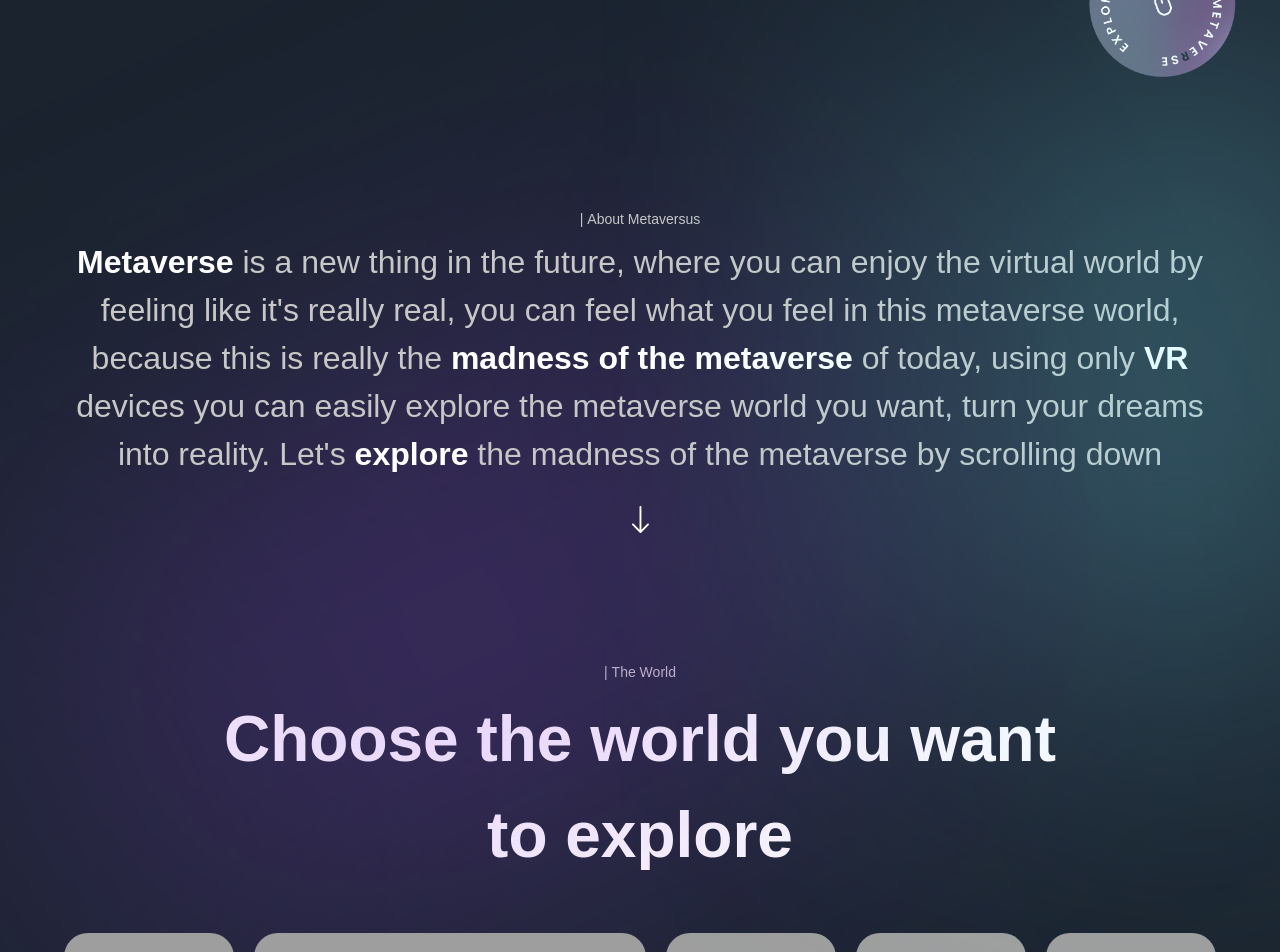
Repository: Shanuga123/metaversus
Page: /
These files come from the project's save history. The page is drawn as it stood at one moment and after the next save; the edit follows.
The browser window is 1280 px wide. The pictures show the part of the page from y = 959 to 1911 px (the page is 7254 px tall before and 7446 px after).
Pictures or frames that could not be fetched are drawn as grey boxes. Some web fonts or font styles are not loaded; a fallback is used. The project was rebuilt for these pictures with package versions that can differ from the ones it lists, and the page was loaded fresh each time. The framework's server and built-in components were replaced by stand-ins that run in the browser. Also part of the build but not shown: next.config.js.

Above is the page before, as saved 2024-08-05 21:32:17.

After the next save:
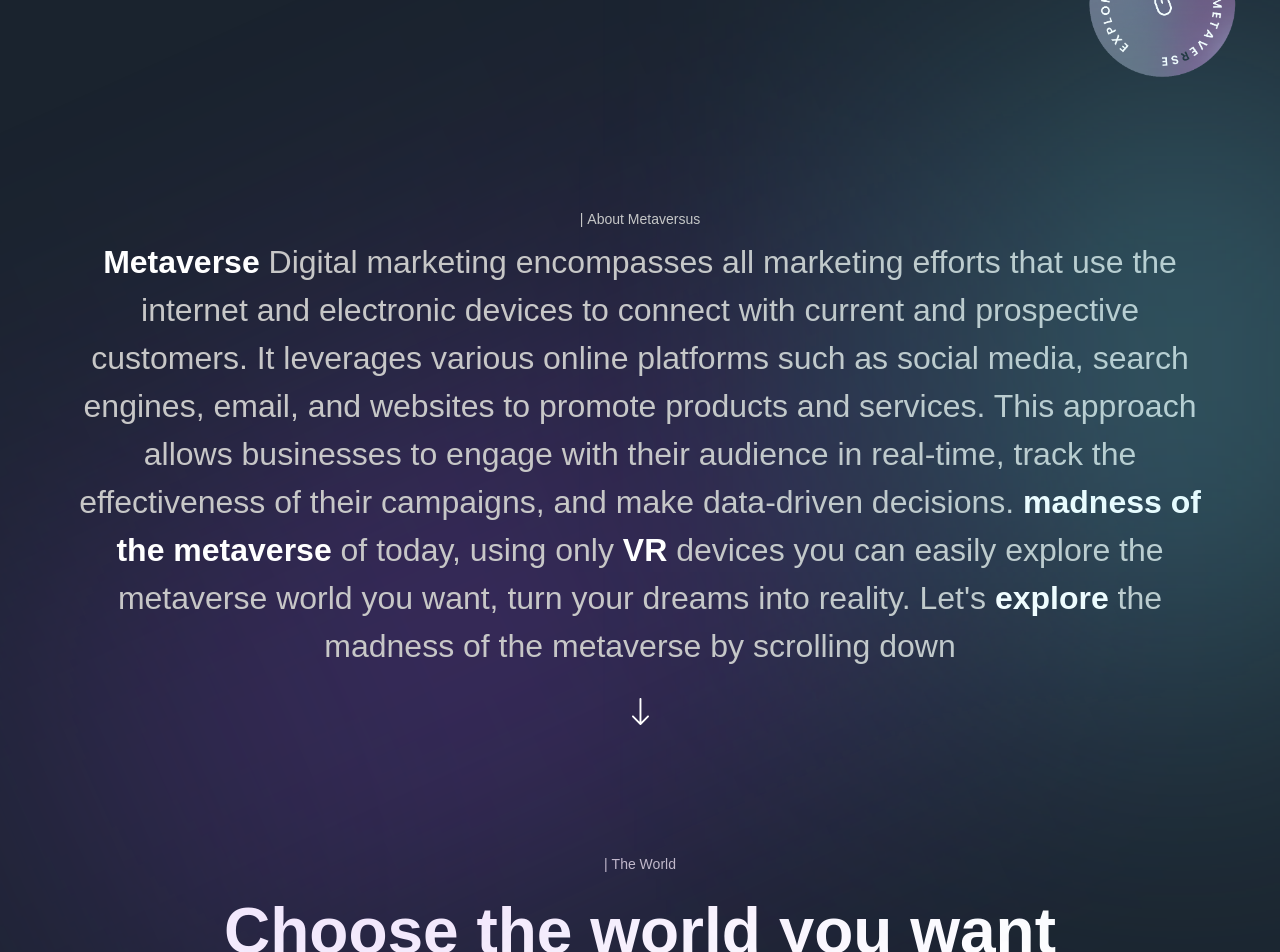
Saved 2 min 59 s later.
--- a/sections/About.jsx
+++ b/sections/About.jsx
@@ -22,10 +22,7 @@ const About = () => (
         variants={fadeIn('up', 'tween', 0.2, 1)}
         className="mt-[8px] font-normal sm:text-[32px] text-[20px] text-center text-secondary-white"
       >
-        <span className="font-extrabold text-white">Metaverse</span> is a new
-        thing in the future, where you can enjoy the virtual world by feeling
-        like it's really real, you can feel what you feel in this metaverse
-        world, because this is really the{' '}
+        <span className="font-extrabold text-white">Metaverse</span> Digital marketing encompasses all marketing efforts that use the internet and electronic devices to connect with current and prospective customers. It leverages various online platforms such as social media, search engines, email, and websites to promote products and services. This approach allows businesses to engage with their audience in real-time, track the effectiveness of their campaigns, and make data-driven decisions. {' '}
         <span className="font-extrabold text-white">
           madness of the metaverse
         </span>{' '}
